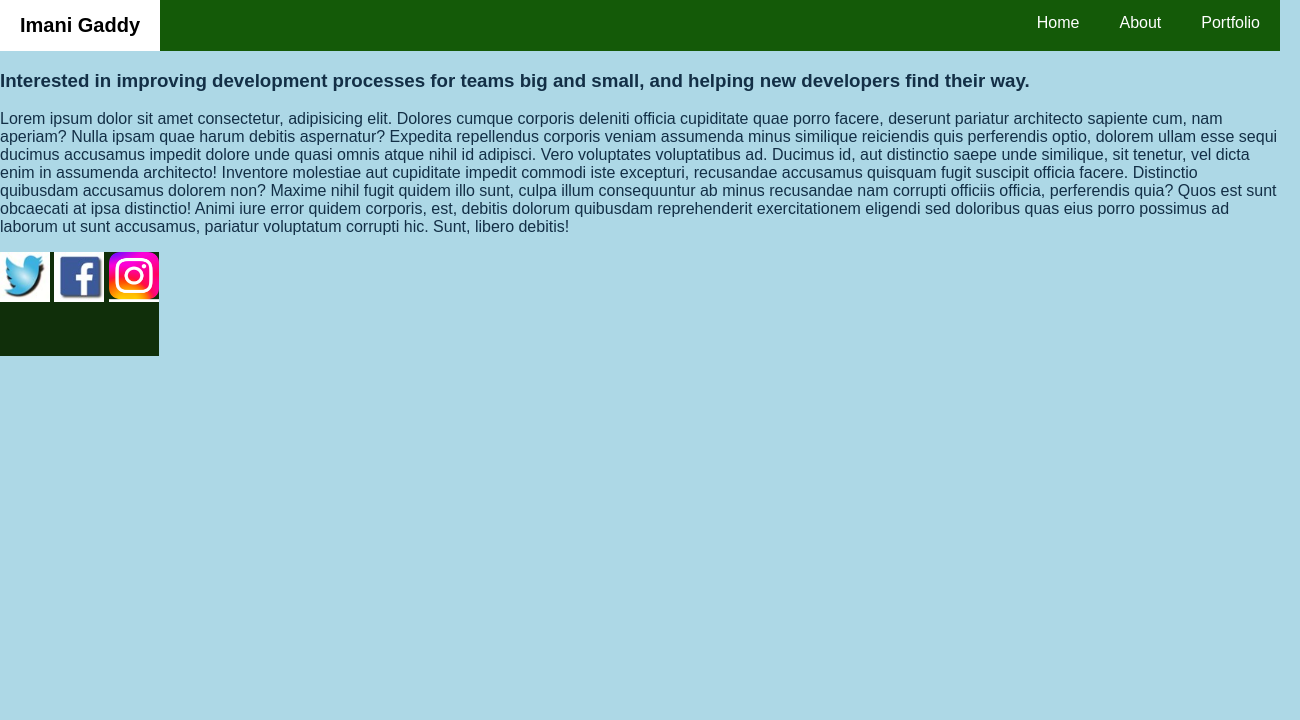
Repository: website-dev-team/website-repo
Page: personal_site/about.html
These files come from the project's save history. The page is drawn as it stood at one moment and after the next save; the edit follows.
The browser window is 1280 px wide. The page is 1280 px wide, then 1300 px, so the pictures cover 1300 px, including what lies to the right of the window. The pictures show the whole page.

Above is the page before, as saved 2024-07-17 00:34:32.

### personal_site/about.html
<!DOCTYPE html>
<html lang="en">
<head>
    <meta charset="UTF-8">
    <meta name="viewport" content="width=device-width, initial-scale=1.0">
    <title>My Personal Website</title>
    <link rel="stylesheet" href="style.css">
</head>
<body>

<header>
    <nav class="navbar">
        <a class="logo" href="#">Imani Gaddy</a>
        <a href="./portfolio.html" class="nav-item">Portfolio</a>
        <a href="./about.html" class="nav-item">About</a>
        <a href="./home.html" class="nav-item">Home</a>
    </nav>
</header>
<div>
    <section>

        <section><h3>Interested in improving development processes for teams big and small, and helping new developers find their way.</h3>
    <p>Lorem ipsum dolor sit amet consectetur, adipisicing elit. Dolores cumque corporis deleniti officia cupiditate quae porro facere, deserunt pariatur architecto sapiente cum, nam aperiam? Nulla ipsam quae harum debitis aspernatur?
    Expedita repellendus corporis veniam assumenda minus similique reiciendis quis perferendis optio, dolorem ullam esse sequi ducimus accusamus impedit dolore unde quasi omnis atque nihil id adipisci. Vero voluptates voluptatibus ad.
    Ducimus id, aut distinctio saepe unde similique, sit tenetur, vel dicta enim in assumenda architecto! Inventore molestiae aut cupiditate impedit commodi iste excepturi, recusandae accusamus quisquam fugit suscipit officia facere.
    Distinctio quibusdam accusamus dolorem non? Maxime nihil fugit quidem illo sunt, culpa illum consequuntur ab minus recusandae nam corrupti officiis officia, perferendis quia? Quos est sunt obcaecati at ipsa distinctio!
    Animi iure error quidem corporis, est, debitis dolorum quibusdam reprehenderit exercitationem eligendi sed doloribus quas eius porro possimus ad laborum ut sunt accusamus, pariatur voluptatum corrupti hic. Sunt, libero debitis!</p>

        </section>
</div>
<footer>
    <nav class="navbar2">
        <img src="twitter.jpg" alt="insta" width="50" height="50">
        <img src="facebook.jpg" alt="insta" width="50" height="50">
        <img src="instagram.png" alt="insta" width="50" height="50">

    </nav>
</footer>
</body>
</html>

### personal_site/style.css
body {
    margin: 0;
    font-family: Arial, Helvetica, sans-serif;
    background-color: #add8e6;
    color: #132f46;

}

.navbar {
    background-color: #145a08;
    overflow: hidden;
}

.navbar a {
    display: inline-block;
    text-decoration: none;
    text-align: center;
    padding: 14px 20px;
    color: white;
}

.navbar a:hover {
    background-color: white;
    color: black;
}

.navbar .logo {
    font-size: 20px;
    font-weight: bold;
    float: left;
}

.navbar .nav-item {
    float: right;
}

.float-left {
    float: right;
}

.navbar2 {
    background-color: #102f0a;
    overflow: hidden;
    padding-bottom: 50px;

}

footer {
    position: absolute;
}

.navbar2 a {
    display: inline-block;
    text-decoration: none;
    text-align: center;
    padding: 14px 20px;
    color: white;
}

.navbar2 a:hover {
    background-color: white;
    color: black;
}

.navbar2 .logo {
    font-size: 20px;
    font-weight: bold;
    float: left;
}

.navbar2 .nav-item {
    float: right;
}

.float-left {
    float: right;
}

After the next save:
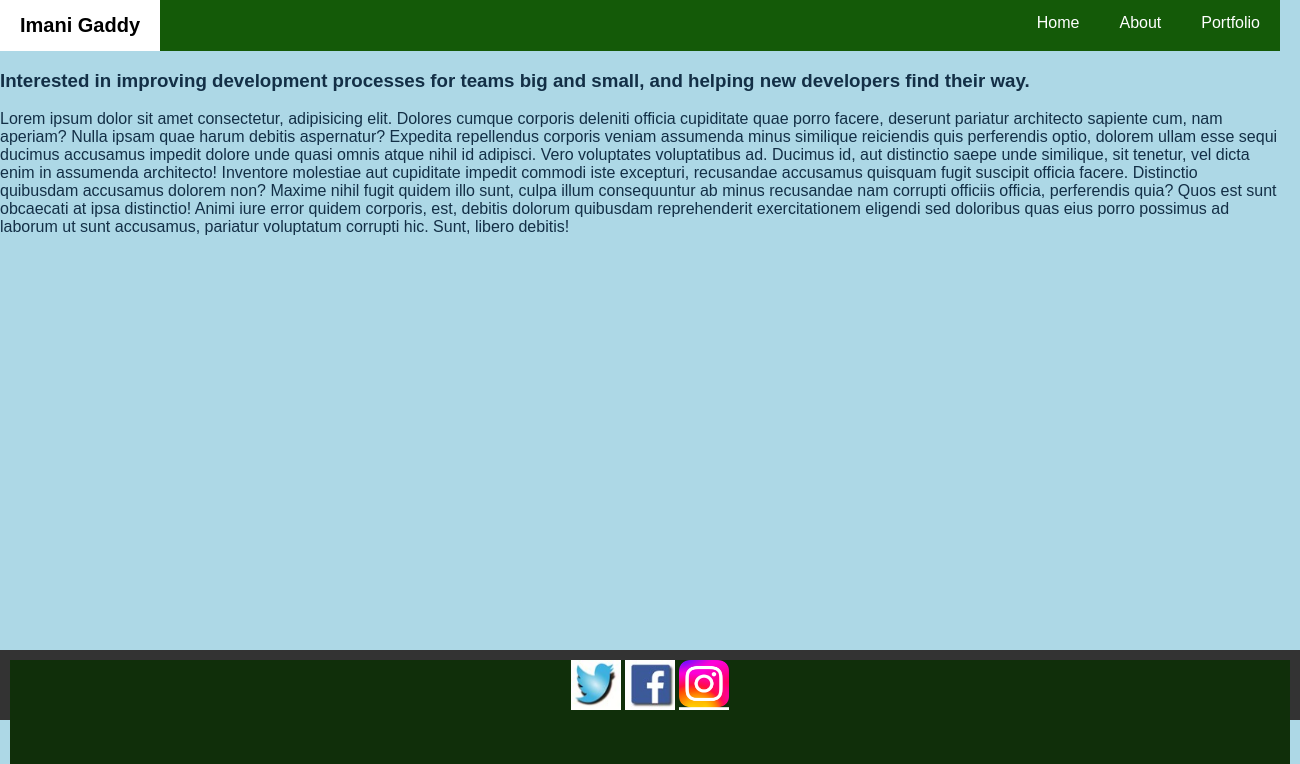
Saved 24 min 35 s later.
--- a/personal_site/style.css
+++ b/personal_site/style.css
@@ -47,6 +47,13 @@ body {
 
 footer {
     position: absolute;
+    bottom: 0;
+    width: 100%;
+    height: 50px; /* Adjust based on your footer height */
+    background-color: #333;
+    color: #fff;
+    text-align: center;
+    padding: 10px;
 }
 
 .navbar2 a {
